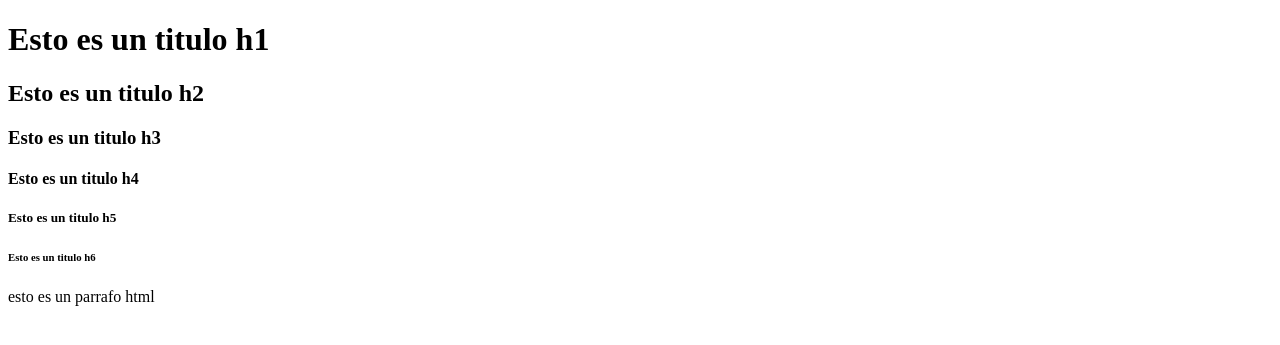
Repository: Kueck/workspace
Page: login-web-app/src/main/webapp/index.html
The author's editor kept a copy of each file at every save. The page is drawn from the files as they stood at one save, then again after the next save.
The browser window is 1280 px wide. The pictures show the whole page.

Above is the page before, as saved 2016-06-20 16:16:48.

After the next save:
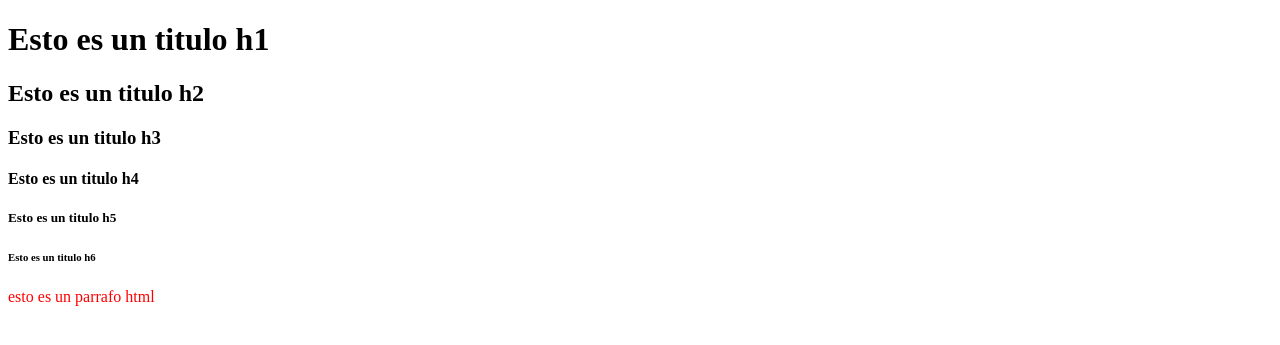
Saved 12 min 9 s later.
--- a/login-web-app/src/main/webapp/index.html
+++ b/login-web-app/src/main/webapp/index.html
@@ -13,6 +13,6 @@
 		<h5>Esto es un titulo h5</h5>
 		<h6>Esto es un titulo h6</h6>
 
-		<p> esto es un parrafo html</p>
+		<p style="color:red;"> esto es un parrafo html</p>
 	</body>
 </html>
